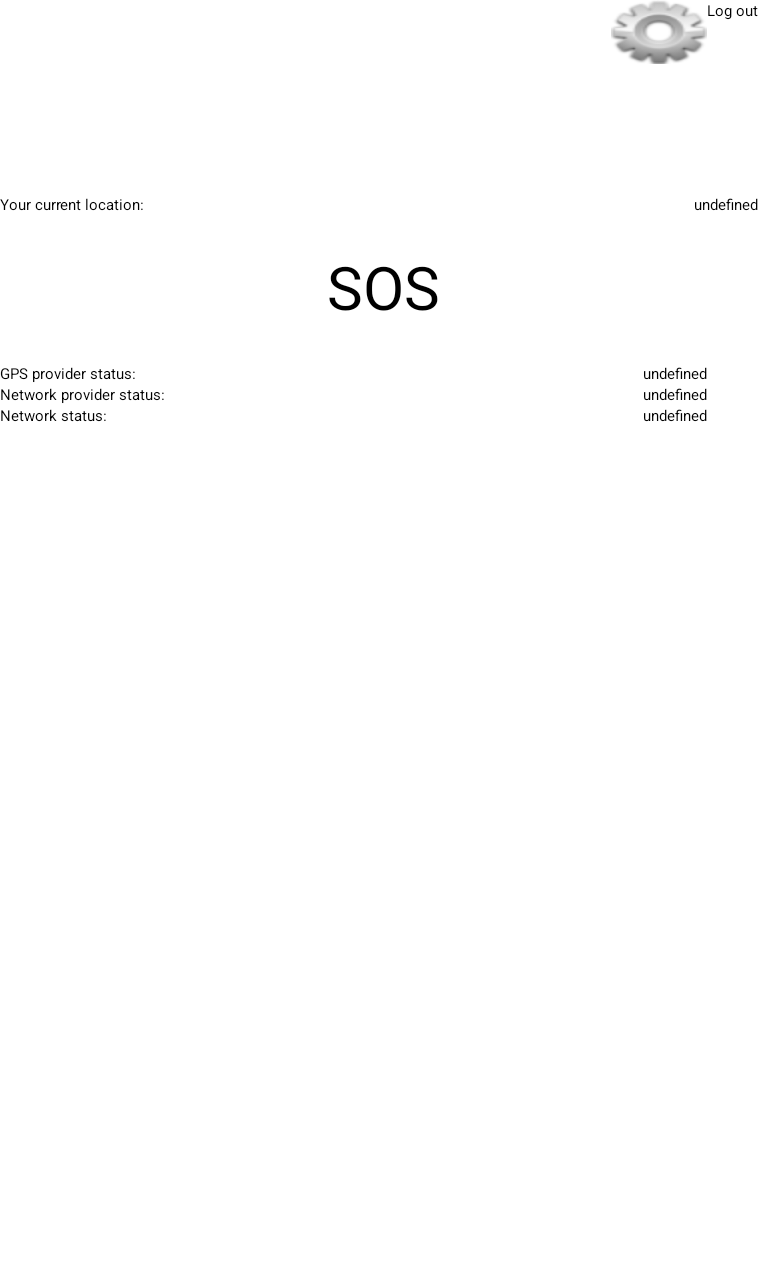
Repository: yuryk53/GTrackerRepository
Layout: GTracker/res/layout/main.xml
The author's editor kept a copy of each file at every save. The layout is drawn from the files as they stood at one save, then again after the next save.
It is drawn on a 768 x 1280 px phone screen (xhdpi) without system bars, with theme AppTheme; the app's code is not run. The app's manifest (not shown) leaves right-to-left support off. So textAlignment, textDirection and layoutDirection are ignored, and left and right values win over start and end ones.

Above is the layout before, as saved 2015-11-13 22:21:46.

### GTracker/res/layout/main.xml
<?xml version="1.0" encoding="utf-8"?>
<RelativeLayout xmlns:android="http://schemas.android.com/apk/res/android"
    android:layout_width="match_parent"
    android:layout_height="match_parent"
    android:layout_marginLeft="5dp"
    android:layout_marginTop="5dp"
    android:contentDescription="@drawable/gear"
    android:orientation="vertical" >

    <Switch
        android:id="@+id/switchLocator"
        android:layout_width="wrap_content"
        android:layout_height="wrap_content"
        android:layout_alignBottom="@+id/button1"
        android:layout_alignParentLeft="true"
        android:layout_alignParentTop="true" />

    <Button
        android:id="@+id/button1"
        android:layout_width="wrap_content"
        android:layout_height="wrap_content"
        android:layout_alignParentRight="true"
        android:layout_alignParentTop="true"
        android:layout_marginRight="5dp"
        android:text="@string/logout_btn_text" />

    <Button
        android:id="@+id/button2"
        android:layout_width="wrap_content"
        android:layout_height="wrap_content"
        android:layout_below="@+id/switch1"
        android:layout_centerHorizontal="true"
        android:layout_marginTop="123dp"
        android:text="@string/sos_btn_text"
        android:textSize="30sp" />

    <Spinner
        android:id="@+id/upd_interval_spinner"
        android:layout_width="fill_parent"
        android:layout_height="wrap_content"
        android:layout_alignParentBottom="true"
        android:layout_alignParentLeft="true"
        android:layout_alignParentStart="true"
        android:layout_marginBottom="17dp"
        android:prompt="@string/spinner_upd_interval_title" />

    <TextView
        android:id="@+id/textView1"
        android:layout_width="wrap_content"
        android:layout_height="wrap_content"
        android:layout_alignBaseline="@+id/textViewCoordinates"
        android:layout_alignBottom="@+id/textViewCoordinates"
        android:layout_alignParentLeft="true"
        android:text="@string/curr_location_string" />

    <TextView
        android:id="@+id/textView2"
        android:layout_width="wrap_content"
        android:layout_height="wrap_content"
        android:layout_alignParentLeft="true"
        android:layout_below="@+id/button2"
        android:layout_marginTop="18dp"
        android:text="GPS provider status: " />

    <TextView
        android:id="@+id/textViewCoordinates"
        android:layout_width="wrap_content"
        android:layout_height="wrap_content"
        android:layout_alignRight="@+id/button1"
        android:layout_below="@+id/textViewGPSStatus"
        android:layout_marginTop="97dp"
        android:layout_toRightOf="@+id/textViewGPSStatus"
        android:text="undefined" />

    <TextView
        android:id="@+id/textView3"
        android:layout_width="wrap_content"
        android:layout_height="wrap_content"
        android:layout_alignParentLeft="true"
        android:layout_below="@+id/textView2"
        android:text="Network provider status:" />

    <TextView
        android:id="@+id/textViewNetworkProviderStatus"
        android:layout_width="wrap_content"
        android:layout_height="wrap_content"
        android:layout_alignBaseline="@+id/textView2"
        android:layout_alignBottom="@+id/textView2"
        android:layout_toLeftOf="@+id/button1"
        android:text="undefined" />

    <TextView
        android:id="@+id/textViewGPSProviderStatus"
        android:layout_width="wrap_content"
        android:layout_height="wrap_content"
        android:layout_alignBaseline="@+id/textView3"
        android:layout_alignBottom="@+id/textView3"
        android:layout_alignLeft="@+id/textViewNetworkProviderStatus"
        android:text="undefined" />

    <TextView
        android:id="@+id/textView4"
        android:layout_width="wrap_content"
        android:layout_height="wrap_content"
        android:layout_alignParentLeft="true"
        android:layout_alignRight="@+id/textView3"
        android:layout_below="@+id/textView3"
        android:text="Network status:" />

    <TextView
        android:id="@+id/textViewNetStatus"
        android:layout_width="wrap_content"
        android:layout_height="wrap_content"
        android:layout_alignBaseline="@+id/textView4"
        android:layout_alignBottom="@+id/textView4"
        android:layout_alignLeft="@+id/textViewGPSProviderStatus"
        android:text="undefined" />

    <Button
        android:id="@+id/button3"
        android:layout_width="wrap_content"
        android:layout_height="wrap_content"
        android:layout_alignParentTop="true"
        android:layout_alignRight="@+id/textViewNetworkProviderStatus"
        android:background="@drawable/gear"
        android:focusableInTouchMode="true"
        android:minWidth="48dp" />

</RelativeLayout>

### GTracker/res/values/strings.xml
<?xml version="1.0" encoding="utf-8"?>
<resources>

    <string name="app_name">GTracker</string>
    <string name="hello_world">Hello world!</string>
    <string name="action_settings">Settings</string>
    <string name="email_string">E-mail</string>
    <string name="pass_string">Password</string>
    <string name="btn_submit_text">Submit</string>
    <string name="about_string">About</string>
    <string name="logout_btn_text">Log out</string>
    <string name="sos_btn_text">SOS</string>
    <string name="spinner_upd_interval_title">Update Interval</string>
    <string name="curr_location_string">Your current location:</string>

</resources>

After the next save:
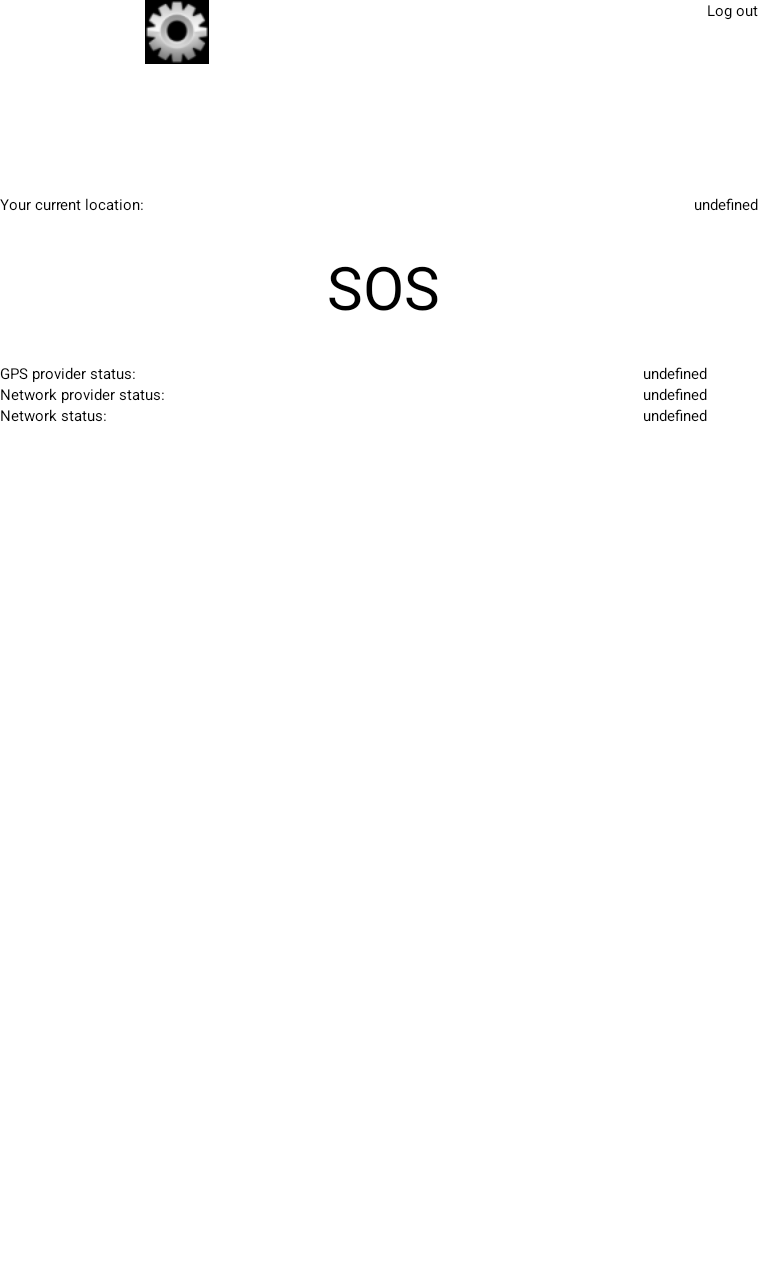
Saved 4 min 18 s later.
--- a/GTracker/res/layout/main.xml
+++ b/GTracker/res/layout/main.xml
@@ -116,14 +116,13 @@
         android:layout_alignLeft="@+id/textViewGPSProviderStatus"
         android:text="undefined" />
 
-    <Button
-        android:id="@+id/button3"
+    <ImageButton
+        android:id="@+id/imageButton1"
         android:layout_width="wrap_content"
         android:layout_height="wrap_content"
         android:layout_alignParentTop="true"
-        android:layout_alignRight="@+id/textViewNetworkProviderStatus"
-        android:background="@drawable/gear"
-        android:focusableInTouchMode="true"
-        android:minWidth="48dp" />
+        android:layout_toRightOf="@+id/textView1"
+        android:background="#000000"
+        android:src="@drawable/gear" />
 
 </RelativeLayout>
